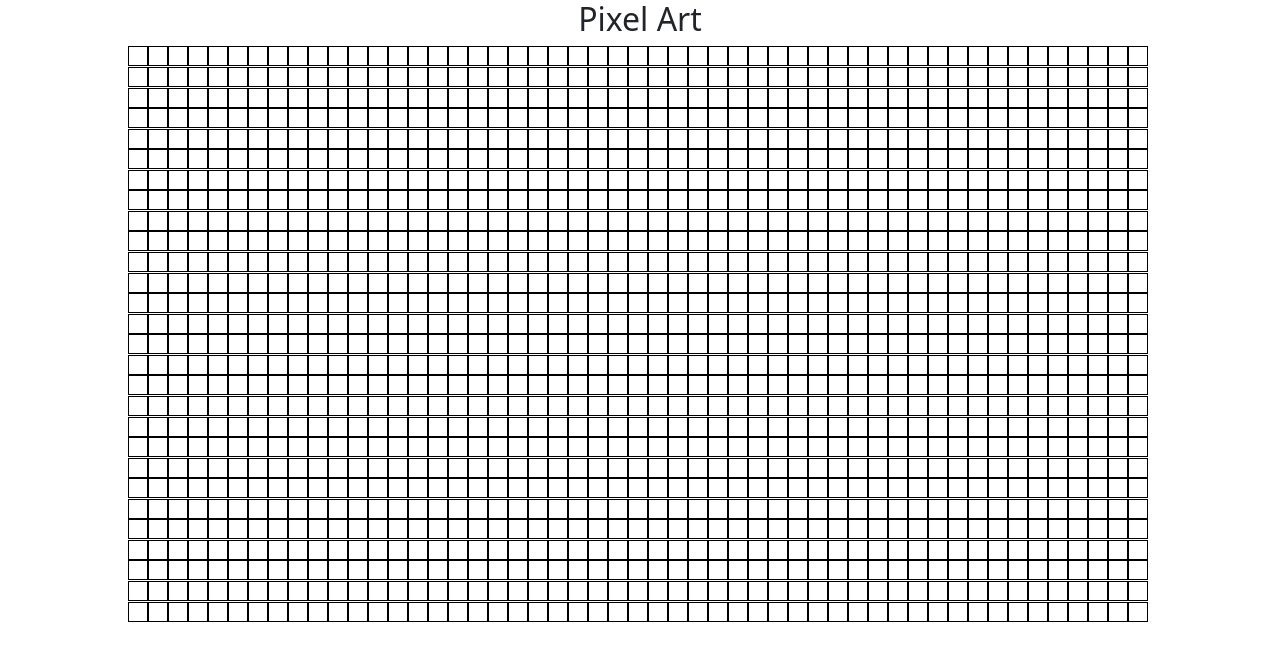
Repository: bechara611/pixelartdb
Page: /
These files come from the project's save history. The page is drawn as it stood at one moment and after the next save; the edit follows.
The browser window is 1280 px wide. The pictures show the whole page.
The project was rebuilt for these pictures with package versions that can differ from the ones it lists, and the page was loaded fresh each time. Also part of the build but not shown: vite.config.js.

Above is the page before, as saved 2023-03-06 12:00:08.

### src/main.jsx
import React from 'react'
import ReactDOM from 'react-dom/client'
import App from './App'
import 'bootstrap/dist/css/bootstrap.min.css'
import 'bootstrap/js/dist/bootstrap.bundle.js'

ReactDOM.createRoot(document.getElementById('root')).render(

    <App />

)

### src/App.jsx

import { useEffect, useState } from 'react'
import './App.css'
import { SelectableGroup } from 'react-selectable-fast'
import { Pixel } from './Pixel'

const App = () => {
  const [pixels, setPixels] = useState([])
  const [isSelecting, setIsSelecting] = useState(false)
  const [startIndex, setStartIndex] = useState(null)

  useEffect(() => {
    let contenedor = document.getElementById('contenedor')
    let divsAloAlto = Math.floor(contenedor.offsetHeight / 20)
    let divsAlOancho = Math.floor(contenedor.offsetWidth / 20);
    //para saber cuantos divs necesita un contenedor multiplica el numero de divs a lo alto * el numero de divds a lo ancho
    setPixels(Array.from({ length: divsAloAlto * divsAlOancho }, () => { return { active: false, color: 'green' } }))

  }, [])

  const funcionArray = (index) => {
    let nuevoArray = [...pixels]
    nuevoArray[index] = { active: !nuevoArray[index].active, color: 'blue' }
    setPixels(nuevoArray)
  }

  useEffect(() => {
    //console.log({ pixels })
  }, [pixels])

  const onMouseDown = (index) => {
    setIsSelecting(true);
    setStartIndex(index)
    // console.log('onMouseDown')
  }


  const onMouseOver2 = (index) => {
    if (isSelecting) {
      const pixelsupdated = [...pixels]
      pixelsupdated[index] = { ...pixelsupdated[index], active: !pixelsupdated[index].active }

      setPixels(pixelsupdated)

    }
    // console.log('onMouseOver')
  }
  const onMouseUp2 = (index) => {
    setIsSelecting(false)

  }
  return (
    <>

      <div className="contenedor-mayor">
        <h2>Pixel Art</h2>
      </div>

      <div className="contenedor-mayor">

        <div className="contenedor" id='contenedor'>

          {

            pixels.map((a, index) => {
              return <Pixel key={index}
                active={a.active}
                funcion={() => funcionArray(index)}
                onMouseDown={() => { onMouseDown(index) }}
                onMouseUp={() => { onMouseUp2(index) }}
                onMouseOver={() => { onMouseOver2(index) }}
              ></Pixel>
            })

          }

        </div>

      </div>

    </>
  )
}

export default App

### src/App.css
.contenedor-mayor{
  display: flex;
  flex-direction: row;
  justify-content: center;
  justify-self: center;
  align-items: center;
}

.pixel {
  width: 20px;
  height: 20px;
  border: 1px solid black;

  box-sizing: border-box;

}

.active {
  background: green;
}

.contenedor {

  display: flex;
  flex-direction: row;
  flex-wrap: wrap;
  width: 80vw;
  height: 80vh;
  max-width: 80vw;
  max-height: 80vh;



}

### src/Pixel.jsx
import React, { useState } from 'react'
import './App.css'
import {selectableGroup, createSelectable} from 'react-selectable-fast'
export const Pixel = (props) => {
    const [isActive, setisActive] = useState(false)
  return (

 <div className={`pixel ${props.active ? 'active' : ''}`} style={{ background:props.active ? props.color : ''}}
 onClick={()=>{
    setisActive(!isActive)
    props.funcion();
}}
onMouseDown={()=>{props.onMouseDown()}}
onMouseUp={()=>{props.onMouseUp()}}
onTouchEnd={()=>{props.onMouseUp()}}
onMouseOver={()=>{props.onMouseOver()}}
onTouchStart={()=>{{
    props.onMouseDown()
    props.onMouseOver()}}}
 >

 </div>
  )
}

Loaded but not shown: index.html (common file)

After the next save:
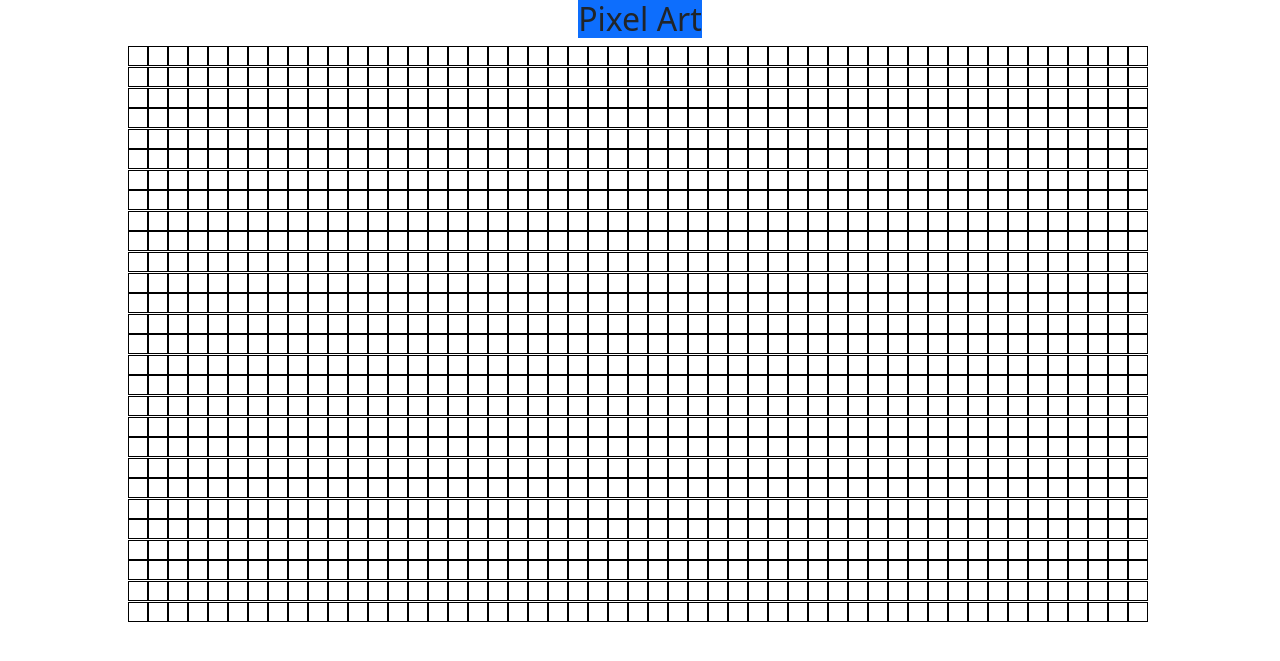
Saved 14 s later.
--- a/src/App.jsx
+++ b/src/App.jsx
@@ -53,7 +53,7 @@ const App = () => {
     <>
 
       <div className="contenedor-mayor">
-        <h2>Pixel Art</h2>
+        <h2 className='bg-primary'>Pixel Art</h2>
       </div>
 
       <div className="contenedor-mayor">
